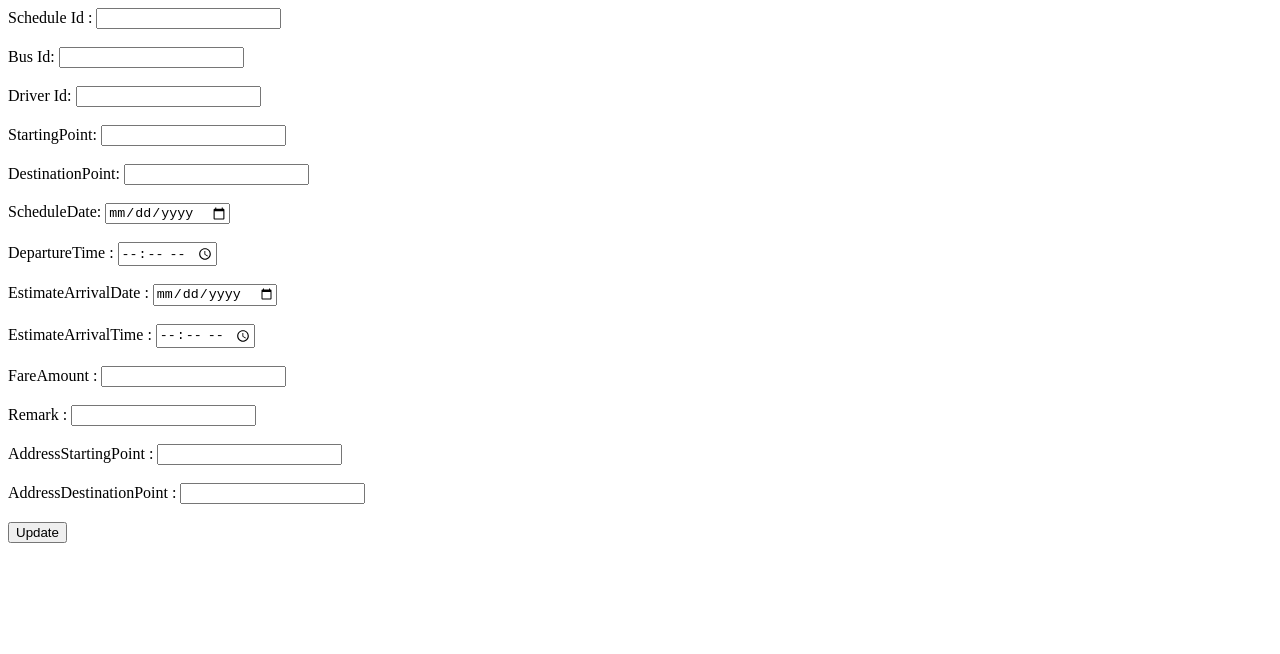
Repository: gummabhargavi/DynWebEjBPoject-AND-server
Page: DynWebEjbBusProject/WebContent/UpdateTravel.html
An editor plug-in stored every save of this project. The page is shown before and after the next save, followed by the edit.
The browser window is 1280 px wide. The pictures show the whole page.

Above is the page before, as saved 2022-12-07 12:27:25.

After the next save:
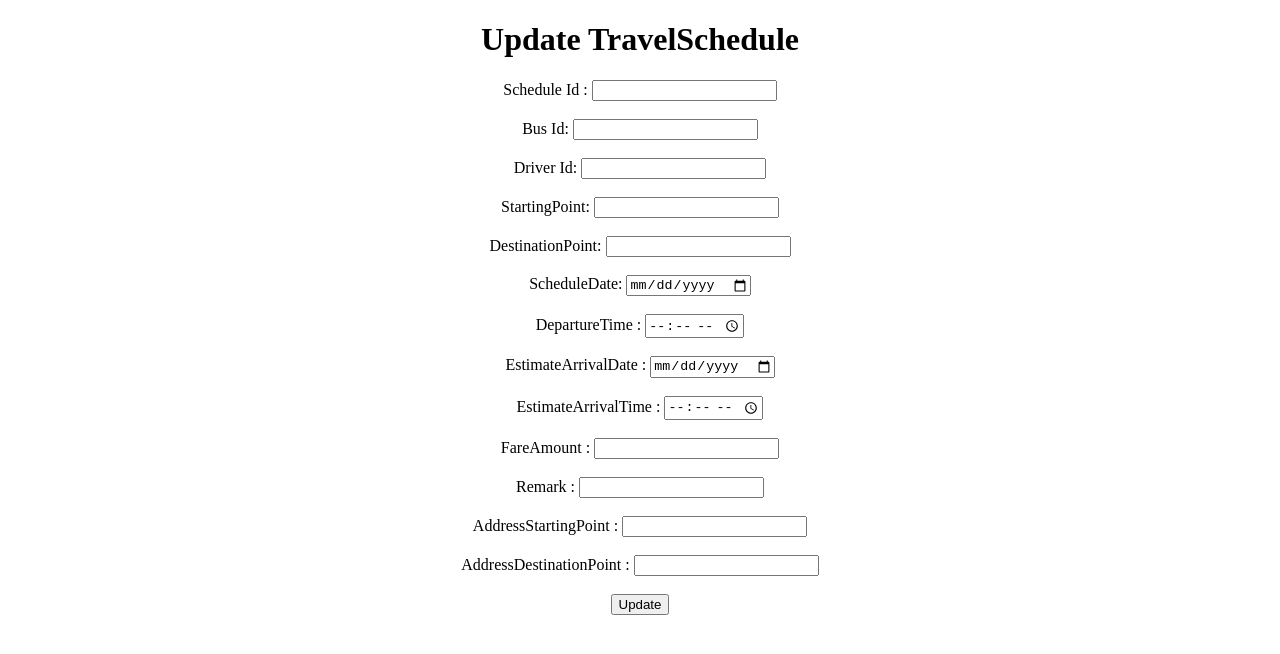
Saved 45 s later.
--- a/DynWebEjbBusProject/WebContent/UpdateTravel.html
+++ b/DynWebEjbBusProject/WebContent/UpdateTravel.html
@@ -6,6 +6,8 @@
 </head>
 <body>
     <form action="UpdateTravelServlet">
+    <center>
+    <h1>Update TravelSchedule</h1>
          Schedule Id :
           <input type="text" name="schedule_id"><br/><br/>
          Bus Id:
@@ -33,6 +35,7 @@
          AddressDestinationPoint :
              <input type="text" name="address_destination_point"><br/><br/>
         <input type="submit" value="Update">
+        </center>
       </form>
 
 </body>
